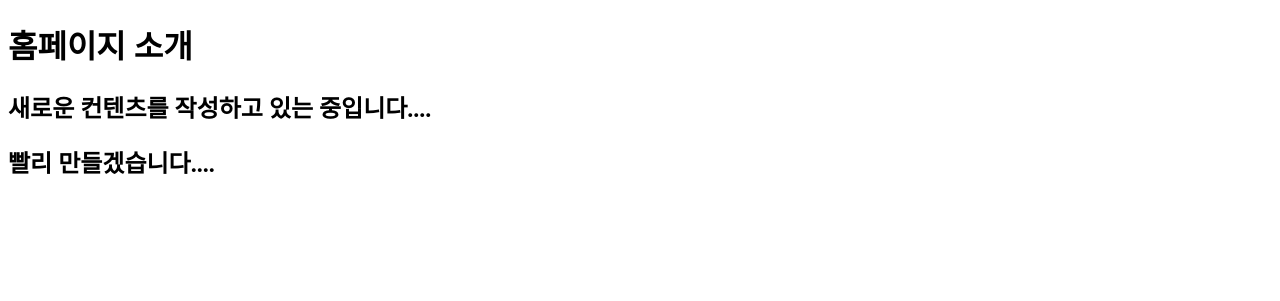
Repository: heyJSH/Study_java_web_sol
Page: http://localhost/jspweb_07/main2.jsp
These files come from the project's save history. The page is drawn as it stood at one moment and after the next save; the edit follows.
The browser window is 1280 px wide. The pictures show the whole page.
The page is served by Tomcat 9. Other server files are loaded and not shown.

Above is the page before, as saved 2024-01-11 02:18:37.

### teacher_lecture/cotogether/workspace_stsb_4_21/jspweb_07/src/main/webapp/main2.jsp
<%@ page language="java" contentType="text/html; charset=UTF-8"
    pageEncoding="UTF-8"%>
<!DOCTYPE html>
<html>
<head>
<meta charset="UTF-8">
<title>Insert title here</title>
</head>
<body>

	<!-- 현재 작업하고 있는 파일 -->
	<div id="myworkcontent">
		<h1>홈페이지 소개</h1>
		<h2>새로운 컨텐츠를 작성하고 있는 중입니다....</h2>
		<h2>빨리 만들겠습니다....</h2>
	</div>
</body>
</html>

### teacher_lecture/cotogether/workspace_stsb_4_21/jspweb_07/src/main/webapp/header.jsp
<%@ page language="java" contentType="text/html; charset=UTF-8"
    pageEncoding="UTF-8"%>
<!DOCTYPE html>
<html>
<head>
<meta charset="UTF-8">
<title>Insert title here</title>
</head>
<body>

    <div id="header">
        <ul>
            <li><a href="#">Home</a></li>
            <li><a href="#">About</a></li>
            <li><a href="#">Services</a></li>
            <li><a href="#">Contact</a></li>
        </ul>
    </div>

</body>
</html>

After the next save:
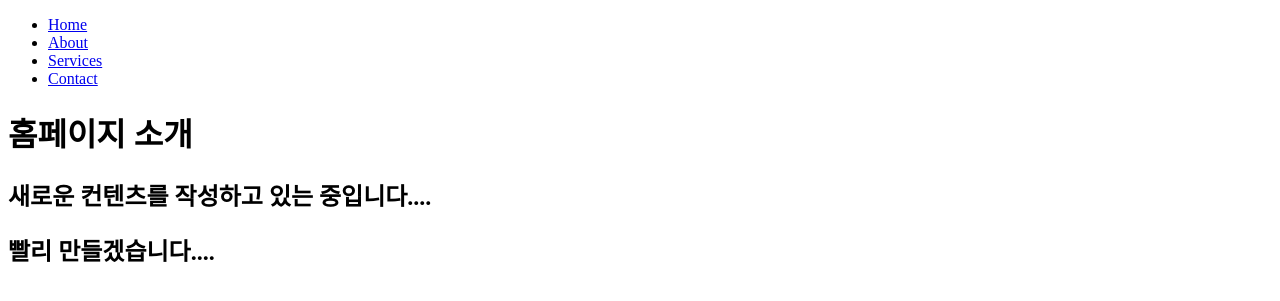
Saved 83 s later.
--- a/teacher_lecture/cotogether/workspace_stsb_4_21/jspweb_07/src/main/webapp/main2.jsp
+++ b/teacher_lecture/cotogether/workspace_stsb_4_21/jspweb_07/src/main/webapp/main2.jsp
@@ -7,6 +7,9 @@
 <title>Insert title here</title>
 </head>
 <body>
+    <!-- 이미 만들어진 메뉴파일 header.jsp -->
+    <!-- 헤더 메뉴를 include -->
+	<%@ include file="header.jsp" %>
 
 	<!-- 현재 작업하고 있는 파일 -->
 	<div id="myworkcontent">
